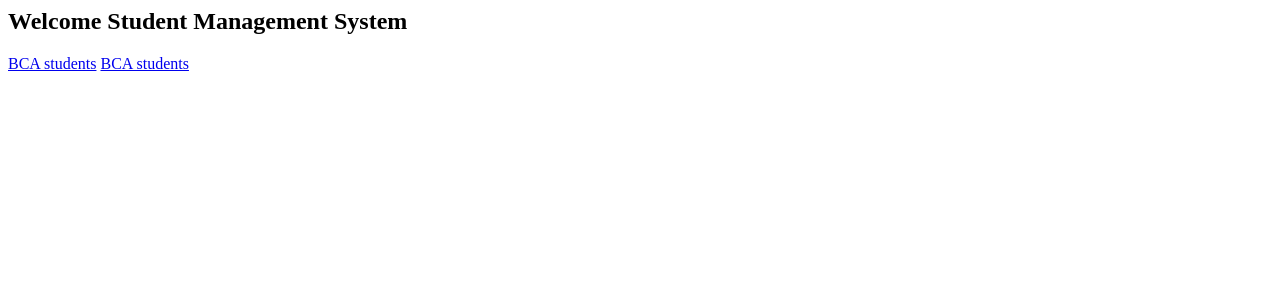
Repository: Sharath1503/Java-Spring-FullStack-Projects
Page: http://localhost/AMS/
The author's editor kept a copy of each file at every save. The page is drawn from the files as they stood at one save, then again after the next save.
The browser window is 1280 px wide. The pictures show the whole page.
The page is served by Tomcat 9. Other server files are loaded and not shown.

Above is the page before, as saved 2024-09-20 10:51:57.

### AttendanceManagementSystem/AMS/src/main/webapp/index.jsp
<html>
<body>
<h2>Welcome Student Management System</h2>
<a href="students/bcastudents">BCA students</a>
<a href="students/bscstudents">BCA students</a>

</body>
</html>

After the next save:
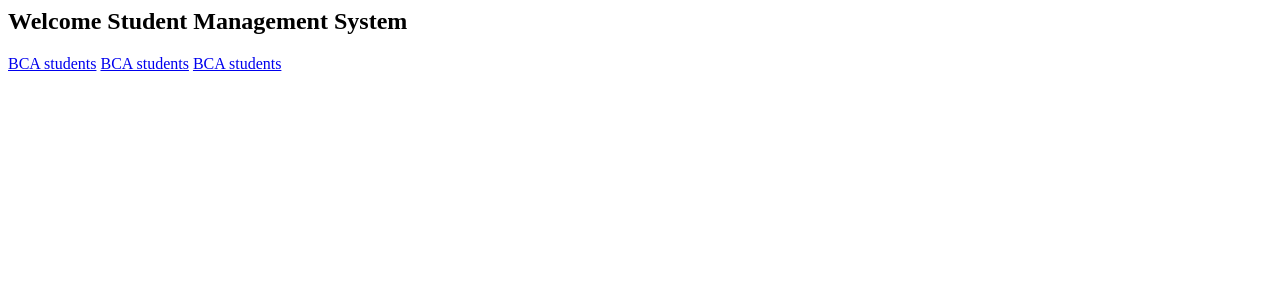
Saved 34 s later.
--- a/AttendanceManagementSystem/AMS/src/main/webapp/index.jsp
+++ b/AttendanceManagementSystem/AMS/src/main/webapp/index.jsp
@@ -3,6 +3,7 @@
 <h2>Welcome Student Management System</h2>
 <a href="students/bcastudents">BCA students</a>
 <a href="students/bscstudents">BCA students</a>
+<a href="students/bcomstudents">BCA students</a>
 
 </body>
 </html>
